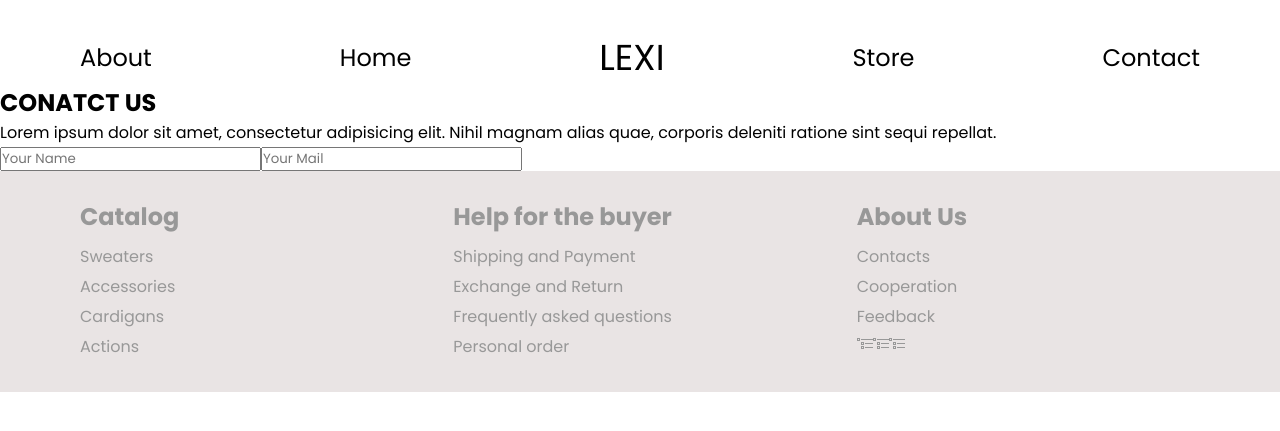
Repository: BuduCE/lexi
Page: /contact
These files come from the project's save history. The page is drawn as it stood at one moment and after a run of saves; the edit follows.
The browser window is 1280 px wide. The pictures show the whole page.
The project was rebuilt for these pictures with package versions that can differ from the ones it lists, and the page was loaded fresh each time. The framework's server and built-in components were replaced by stand-ins that run in the browser. Also part of the build but not shown: nuxt.config.ts, components/CartIcon.vue, components/Icons/Cart.vue, components/Icons/Close.vue, components/Icons/CloseHam.vue, components/Product.vue.

Above is the page before, as saved 2023-05-24 06:33:39.

### assets/main.css
@import url('https://fonts.googleapis.com/css2?family=Montserrat:ital,wght@0,200;0,300;0,400;0,500;0,600;0,700;0,800;0,900;1,200;1,300;1,400;1,500;1,600;1,700;1,800;1,900&family=Poppins:wght@100;200;300;400;500;700;900&display=swap');

*{
    margin: 0;
    padding: 0;
    box-sizing: border-box;
    font-family: poppins;
}

### components/Footer.vue
<template>
    <footer>
        <div class="catalog footer_pane">
            <h2>Catalog</h2>
            <p>Sweaters</p>
            <p>Accessories</p>
            <p>Cardigans</p>
            <p>Actions</p>
        </div>
        <div class="help footer_pane">
            <h2>Help for the buyer</h2>
            <p>Shipping and Payment</p>
            <p>Exchange and Return</p>
            <p>Frequently asked questions</p>
            <p>Personal order</p>
        </div>
        <div class="about footer_pane">
            <h2>About Us</h2>
            <p>Contacts</p>
            <p>Cooperation</p>
            <p>Feedback</p>
            <div class="socials">
                <IconsHamburger />
                <IconsHamburger />
                <IconsHamburger />
            </div>
        </div>
    </footer>
</template>

<style>
footer{
    background: #E9E4E4;
    color: #989898;
    padding: 28px 80px;
    display: grid;
    grid-template-columns: 1fr 1fr 1fr;
}
.footer_pane h2{
    padding-bottom: 10px;
}
.footer_pane p{
    padding-bottom: 5px;
}
.help{
    padding-right: 30px;
}
.about{
    padding-left: 30px;
}
@media screen and (max-width: 768px) {
    footer{
        display: grid;
        grid-template-columns: 1fr 1fr;
        padding: 28px 80px;
    }
    .help {
        padding-right: 0;
    }

    .about {
        padding-left: 0;
    }
}
@media screen and (max-width: 596px) {
    footer{
        grid-template-columns: 1fr;
        padding: 10px 60px;
    }
}
@media screen and (max-width: 463px) {
    footer{
        padding: 10px 10px;
    }
}
</style>

### components/Header.vue
<script setup>
// Hamburger Menu
const showMenu = ref(false)

const handleMenu = () => showMenu.value = !showMenu.value

</script>

<template>
    <div>
        <header class="nav">
            <NuxtLink to="/about" class="nav_option">About</NuxtLink>
            <NuxtLink to="/" class="nav_option">Home</NuxtLink>
            <a class="logo" id="logo">LEXI</a>
            <NuxtLink to="/store" class="nav_option">Store</NuxtLink>
            <NuxtLink to="" class="nav_option">Contact</NuxtLink>
        </header>

        <header class="nav_mob">
            <a href="#" class="logo" id="mob_logo">LEXI</a>

            <div v-show="showMenu" class="desk_nav" id="mobi-links">

                <button class="logomob hamburger_close" id="close_hamburger" style="color: red;" @click="handleMenu">X CLOSE X</button>


                <NuxtLink to="/" class="nav_option">Home</NuxtLink>

                <NuxtLink to="/about" class="nav_option">About</NuxtLink>

                <NuxtLink to="/store" class="nav_option">Store</NuxtLink>

                <NuxtLink to="/contact" class="nav_option">Contact</NuxtLink>

            </div>

            <button class="hamburger"  id="hamburger" @click="showMenu = true">
                <svg stroke="currentColor" fill="none" stroke-width="2.5" viewBox="0 0 24 24" stroke-linecap="round"
                    stroke-linejoin="round" class="h-6 w-6" height="2em" width="2em" xmlns="http://www.w3.org/2000/svg">
                    <line x1="3" y1="12" x2="21" y2="12"></line>
                    <line x1="3" y1="6" x2="21" y2="6"></line>
                    <line x1="3" y1="18" x2="21" y2="18"></line>
                </svg>
            </button>
            <!-- <IconsHamburger class="hamburger"  id="hamburger" @click="showMenu = true"/> -->
        </header>
    </div>
</template>

<style>
.nav{
    display: flex;
    align-items: center;
    justify-content: space-between;
    padding: 30px 80px 0px 80px;
}
.nav a{
    text-decoration: none;
    color: #000;
    font-size: 1.5rem;
}
.nav_mob a{
    text-decoration: none;
    color: #000;
}
.nav a:hover{
    font-weight: bolder;
    transition: 1s;
}
.nav_mob a:hover{
    font-weight: bolder;
    transition: 1s;
}
#logo{
    font-size: 2.25rem;
    font-weight: normal;
}
#mob_logo{
    font-size: 1.8rem;
    font-weight: normal;
}
.nav_mob{
    display: none;
}
/* Responsiveness */
@media screen and (max-width: 768px) {
    .nav {
        padding: 10px 80px 0 80px;
    }
}
@media screen and (max-width: 596px) {
    .nav{
        padding: 10px 60px 0 60px;
    }
    .nav a{
        font-size: 1.2rem;
    }
}
@media screen and (max-width: 463px) {
    .nav{
        display: none;
    }
    .nav_mob{
        display: flex;
        justify-content: space-between;
        align-items: center;
        padding: 0 10px;
        padding-top: 10px;
    }
    .desk_nav{
        /* display: none; */
        display: flex;
        width: 35%;
        flex-direction: column;
        padding: 10px 0;
        text-align: center;
        position: fixed;
        top: 0;
        right: 0;
        background: #fff;
        z-index: 5;
        position: fixed;
        animation: fadeIn 2s;
        box-shadow: -8px 9px 14px -3px rgba(0, 0, 0, 0.78);
            -webkit-box-shadow: -8px 9px 14px -3px rgba(0, 0, 0, 0.78);
            -moz-box-shadow: -8px 9px 14px -3px rgba(0, 0, 0, 0.78);
    }
    .desk_nav a {
        padding: 10px;
        cursor: pointer;
    }
    .hamburger_close{
        font-size: 0.75rem;
    }
    .hamburger{
        background: none;
        border: none;
        cursor: pointer;
    }
    #close_hamburger{
        border: none;
        background: none;
    }
}
</style>

### components/Icons/Hamburger.vue

<template>
    <svg xmlns="http://www.w3.org/2000/svg" width="1em" height="1em" viewBox="0 0 2048 2048">
        <path fill="currentColor"
            d="M512 384h1536v128H512V384zm512 640V896h1024v128H1024zm0 512v-128h1024v128H1024zM0 640V256h384v384H0zm128-256v128h128V384H128zm384 768V768h384v384H512zm128-256v128h128V896H640zm-128 768v-384h384v384H512zm128-256v128h128v-128H640z">
        </path>
    </svg>
</template>

<script>
export default {
    name: 'FluentMdl2BulletedTreeList'
}
</script>

### pages/contact.vue
<template>
    <Header />

    <div class="form">
        <h2>CONATCT US</h2>
        <p>Lorem ipsum dolor sit amet, consectetur adipisicing elit. Nihil magnam alias quae, corporis deleniti ratione sint sequi repellat.</p>

        <form action="">
            <input type="text" placeholder="Your Name">

            <input type="text" placeholder="Your Mail">
        </form>

    </div>

    <Footer />
</template>

Loaded but not shown: app.vue (common file)

After the next 2 saves:
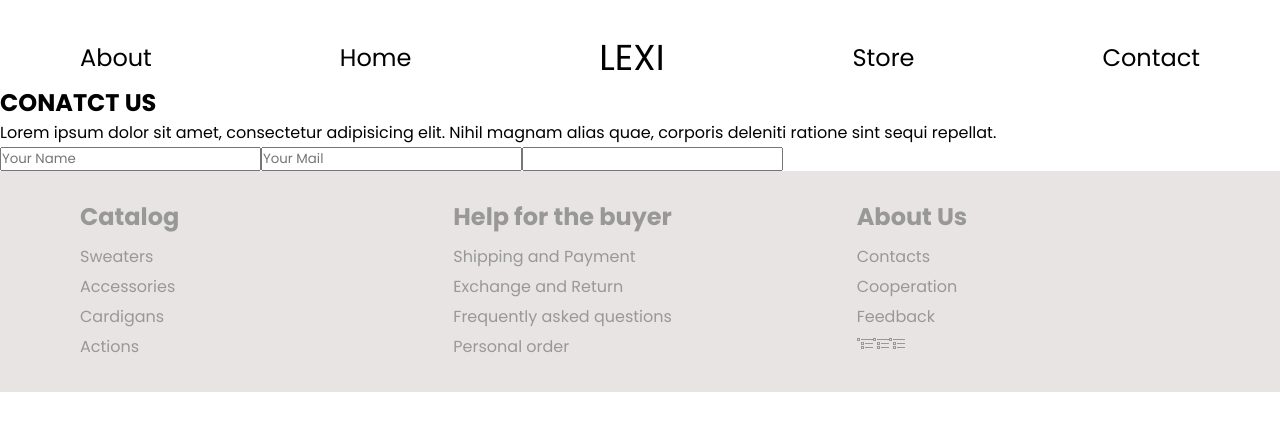
The 2 saves are shown as one change because they came seconds apart.
The last was saved 8 s later.
--- a/pages/contact.vue
+++ b/pages/contact.vue
@@ -9,6 +9,8 @@
             <input type="text" placeholder="Your Name">
 
             <input type="text" placeholder="Your Mail">
+
+            <input type="text" placeholder="">
         </form>
 
     </div>
